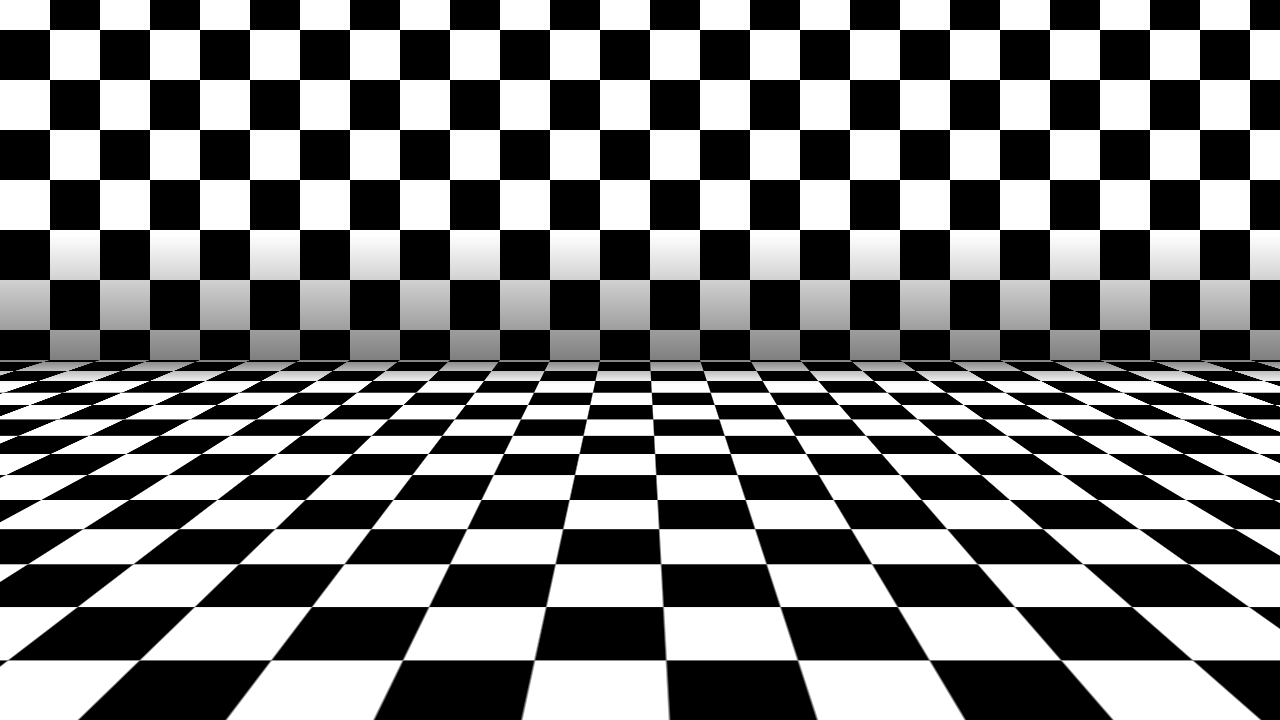
Repository: atwesson/portfoilo
Page: index.html
An editor plug-in stored every save of this project. The page is shown before and after the next save, followed by the edit.
The browser window is 1280 px wide. The pictures show the whole page.

Above is the page before, as saved 2021-11-17 10:33:24.

### index.html
<!DOCTYPE html>
<html lang="en">

<head>
    <meta charset="UTF-8">
    <meta http-equiv="X-UA-Compatible" content="IE=edge">
    <meta name="viewport" content="width=device-width, initial-scale=1.0">
    <link href="https://cdn.jsdelivr.net/npm/bootstrap@5.1.3/dist/css/bootstrap.min.css" rel="stylesheet"
        integrity="sha384-1BmE4kWBq78iYhFldvKuhfTAU6auU8tT94WrHftjDbrCEXSU1oBoqyl2QvZ6jIW3" crossorigin="anonymous">
    <link rel="stylesheet" type="text/css" href="style.css">
    <title>portfoilo
    </title>
</head>

<body>
    <section>
        <div class="pattern">
            <div class="face face1">
            </div>
            <div class="face face2"></div>
        </div>
    </section>



    <script src="https://cdn.jsdelivr.net/npm/bootstrap@5.1.3/dist/js/bootstrap.bundle.min.js"
        integrity="sha384-ka7Sk0Gln4gmtz2MlQnikT1wXgYsOg+OMhuP+IlRH9sENBO0LRn5q+8nbTov4+1p"
        crossorigin="anonymous"></script>
    <script src="scripts.js"></script>
</body>

</html>

### style.css
*
{
    margin: 0;
    padding: 0;
}

section{
    position: fixed;
    top: 0;
    left: 0;
    width: 100%;
    height: 100vh;
    overflow: hidden;
}
.pattern
{
    position: relative;
    transform-style: preserve-3d;
    perspective: 1000px;
    animation: animateBg 10s ease-in-out infinite;
}
@keyframes animateBg{
    0%{
        transform: scale;
    }
}
.pattern .face{
    position: relative;
    width: 100%;
    height: 50vh;
    background-image: url(./assets/check.jpg);
    background-size: 100px 100px;
    animation: animate 1s linear infinite;
}
@keyframes animate{
    0%{
        background-position: 0;
    }
    100%{
        background-position: 100px;
    }
}

.pattern .face.face2{
    height: 100vh;
    transform-origin: top;
    transform: rotateX(70deg);
}

.pattern .face1:before{
    content: '';
    position: absolute;
    bottom: 0;
    left: 0;
    height: 125px;
    width: 100%;
    height: 125px;
    background: linear-gradient(0deg,rgba(0,0,0,0.5), transparent);
}

.pattern .face2:before{
    content: '';
    position: absolute;
    bottom: top;
    left: 0;
    height: 125px;
    width: 100%;
    height: 125px;
    background: linear-gradient(180deg,rgba(0,0,0,0.5), transparent);
}

Loaded but not shown: scripts.js (no stored copy; drawn as an empty file)

After the next save:
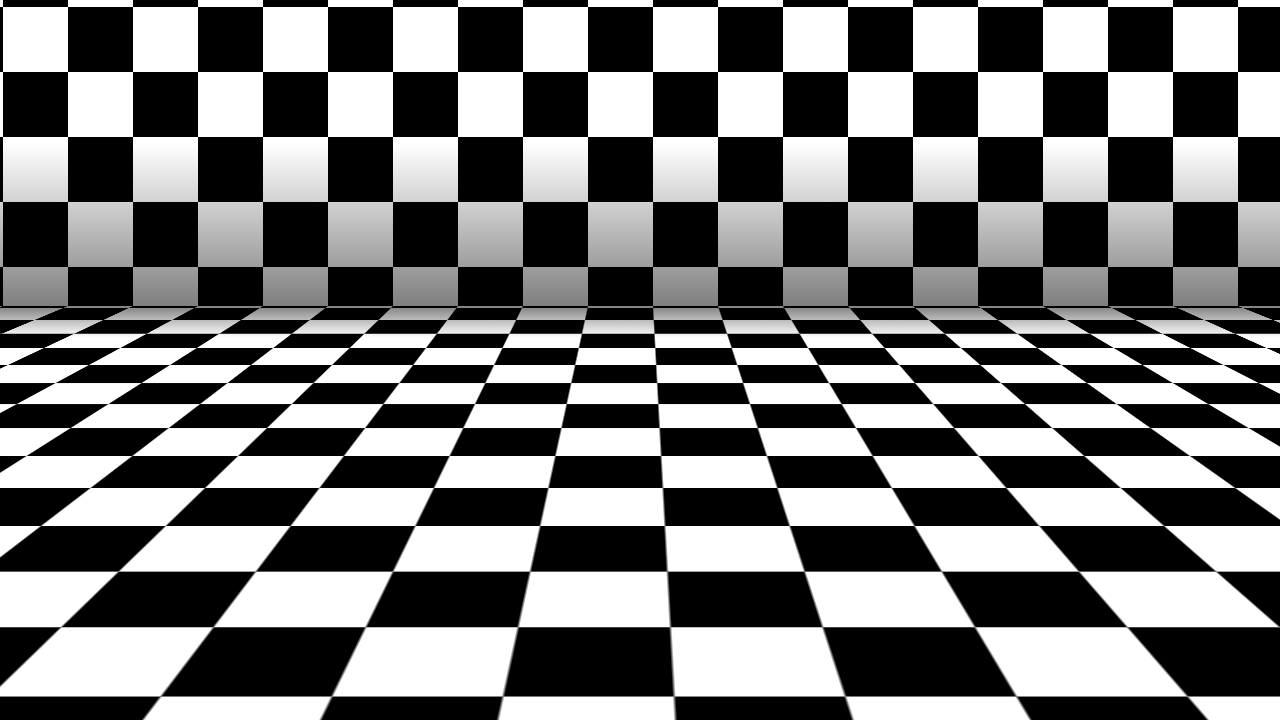
Saved 7 s later.
--- a/style.css
+++ b/style.css
@@ -21,7 +21,7 @@
 }
 @keyframes animateBg{
     0%{
-        transform: scale;
+        transform: scale(1.6);
     }
 }
 .pattern .face{

After the 2 saves that followed:
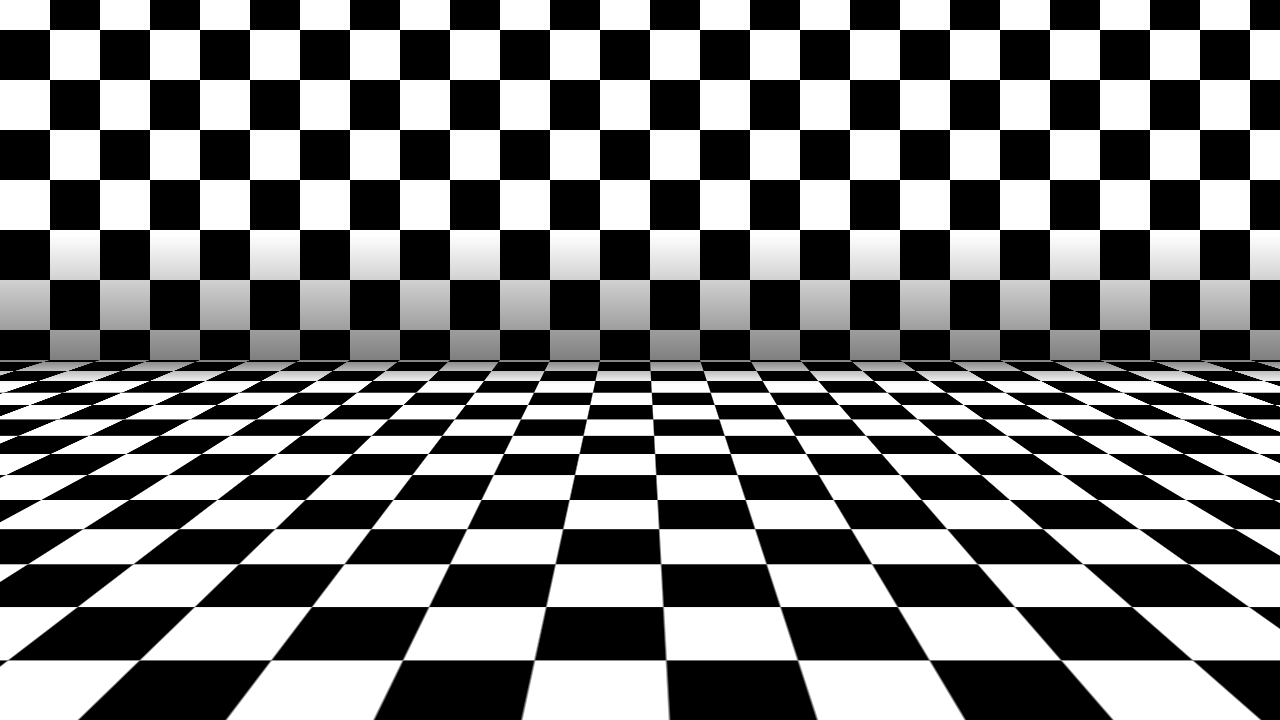
The 2 saves are shown as one change because they came seconds apart.
The last was saved 14 s later.
--- a/style.css
+++ b/style.css
@@ -21,7 +21,7 @@
 }
 @keyframes animateBg{
     0%{
-        transform: scale(1.6);
+        transform: scale(1.6) rotate();
     }
 }
 .pattern .face{
